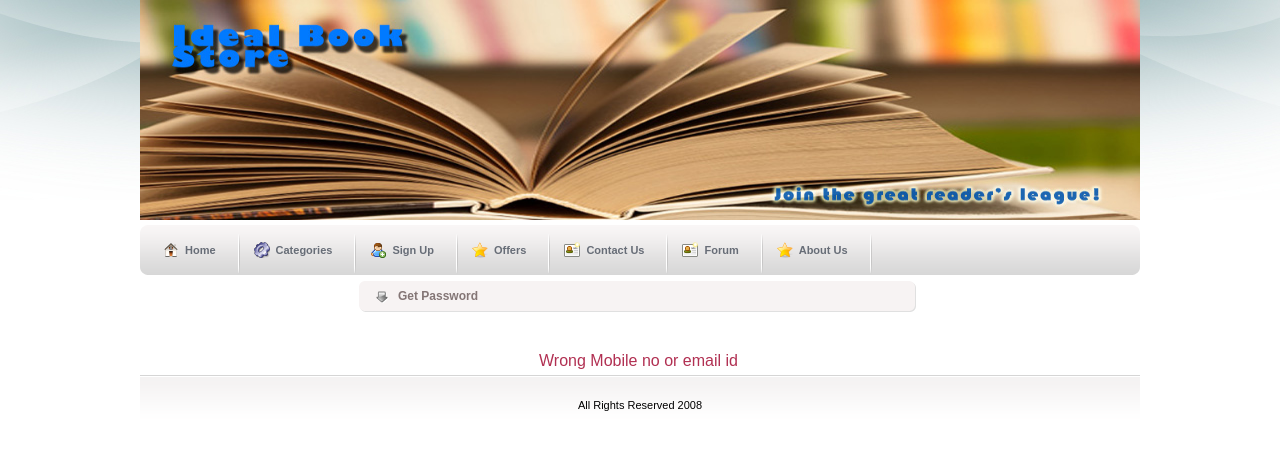
Repository: tusharjain887/Online-Book-Sales
Page: http://localhost/OnlineBook/getpass.jsp
These files come from the project's save history. The page is drawn as it stood at one moment and after the next save; the edit follows.
The browser window is 1280 px wide. The pictures show the whole page.
The page is served by Tomcat 9. Queries for data that is not in the repository find no rows.

Above is the page before, as saved 2013-04-09 12:57:59.

After the next save:
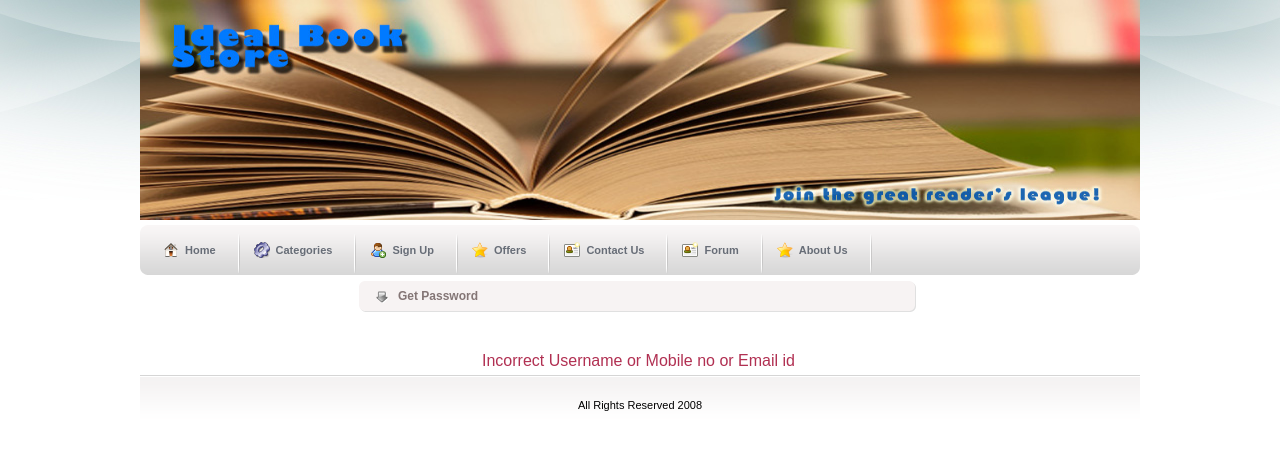
Saved 4 min 30 s later.
--- a/PROJECT/workspace/workspace/OnlineBook/WebContent/getpass.jsp
+++ b/PROJECT/workspace/workspace/OnlineBook/WebContent/getpass.jsp
@@ -186,11 +186,11 @@ try
  System.out.println("Success");
  out.println("Email Sent");
  check=1;
- out.println(check);
+System.out.println(check);
  if(check==1)
  {
 	 check++;
-	 out.println(check);
+	System.out.println(check);
  %>
  <a href="http://api.mVaayoo.com/mvaayooapi/MessageCompose?user=chilukarakesh123@gmail.com:rakesh1234&senderID=TEST SMS&receipientno=<%=mob %>&dcs=0&msgtxt=<%=TEXT %>&state=0" target="_blank">Click To Receive SMS</a>
  <%
@@ -198,12 +198,12 @@ try
 	}
 	else
 	{
-		out.println("Wrong Mobile no or email id");
+		out.println("Incorrect Username or Mobile no or Email id");
 	}
 }
 catch(Exception e)
 {
-out.println(e);
+System.out.println(e);
 }
 %>
 </center>
